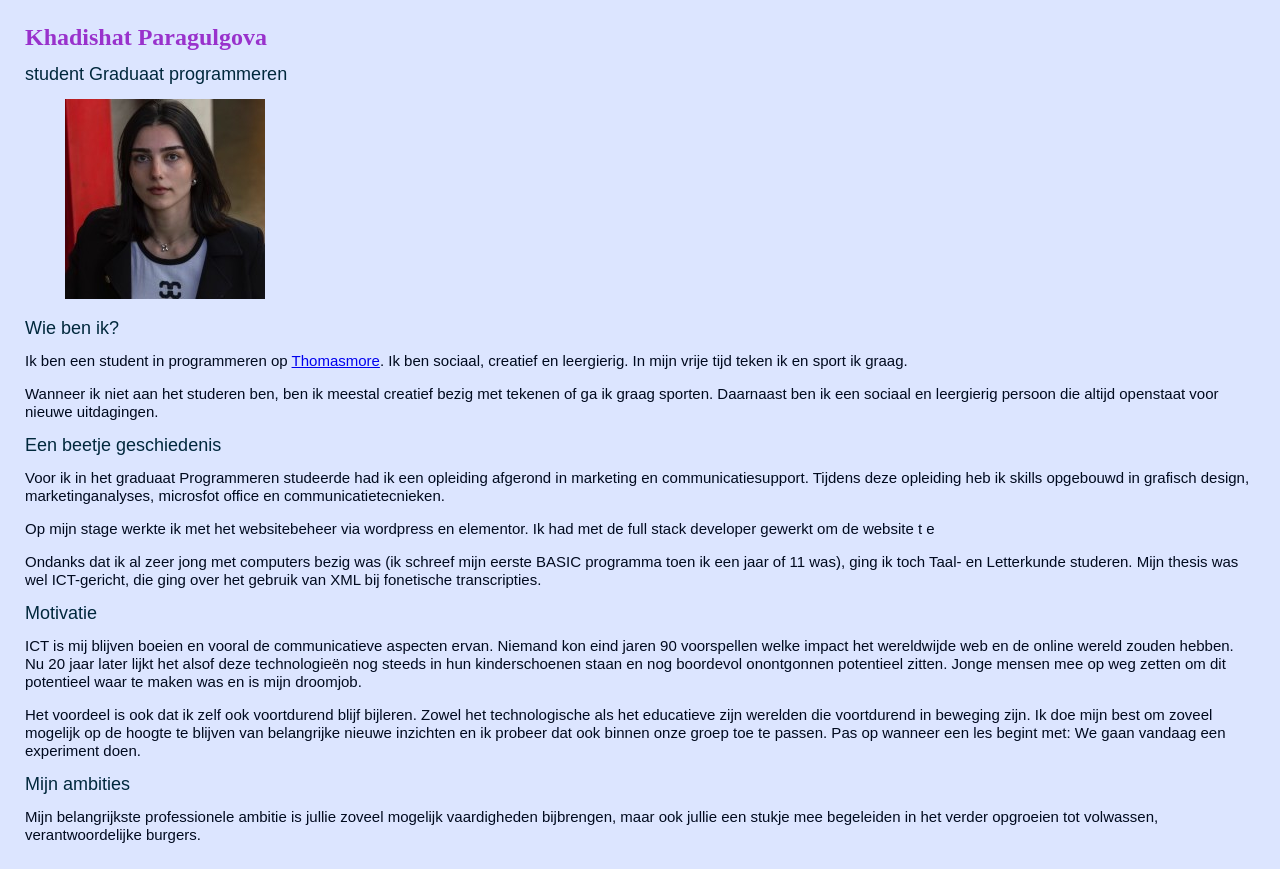
Repository: khadishat00/portfolio
Page: index.html
These files come from the project's save history. The page is drawn as it stood at one moment and after a run of saves; the edit follows.
The browser window is 1280 px wide. The pictures show the whole page.

Above is the page before, as saved 2026-09-24 15:07:30.

### index.html
<!doctype html>
<html lang="en">
  <head>
    <meta charset="UTF-8" />
    <meta name="viewport" content="width=device-width, initial-scale=1.0" />
    <title>portfolio</title>
  </head>
  <style>
    html {
      font-family: Arial, sans-serif;
    }
    body {
      background-color: rgba(160, 184, 255, 0.366);
      margin: 25px;
    }
    h1 {
      font-family: "Gill Sans Extrabold", cursive;
      color: darkorchid;
      font-weight: bold;
      font-size: 24px;
      line-height: 24px;
    }
    h2 {
      font-family: "Century Gothic", Arial, Helvetica, sans-serif;
      color: #00283c;
      font-weight: normal;
      font-size: 18px;
      line-height: 18px;
    }
    p {
      font-family: Arial, sans-serif;
      color: #000a1e;
      font-size: 15px;
      line-height: 18px;
      font-weight: normal;
      padding:;
    }

    figure {
      display: block;
      margin-block-start: 1em;
      margin-block-end: 1em;
      margin-inline-start: 40px;
      margin-inline-end: 40px;
      unicode-bidi: isolate;
    }

    img {
      max-width: 100%;
      border-color: blue;

    }
  </style>

  <body>
    <header>
         <h1>Khadishat Paragulgova</h1>
      <h2>student Graduaat programmeren</h2>
      <figure>
        <img src="profielfoto.jpg" alt="Mijn profielfoto" />
      </figure>
    </header>
    <main>
     <h2>Wie ben ik?</h2>
      <p>
        Ik ben een student in programmeren op
        <a href="https://thomasmore.be/nl">Thomasmore</a>. Ik ben sociaal,
        creatief en leergierig. In mijn vrije tijd teken ik en sport ik graag.
      </p>
      <p>
        Wanneer ik niet aan het studeren ben, ben ik meestal creatief bezig met
        tekenen of ga ik graag sporten. Daarnaast ben ik een sociaal en
        leergierig persoon die altijd openstaat voor nieuwe uitdagingen.
      </p>

      <h2>Een beetje geschiedenis</h2>
      <p>
        Voor ik in het graduaat Programmeren studeerde had ik een opleiding
        afgerond in marketing en communicatiesupport. Tijdens deze opleiding heb
        ik skills opgebouwd in grafisch design, marketinganalyses, microsfot
        office en communicatietecnieken.
      </p>
      <p>
        Op mijn stage werkte ik met het websitebeheer via wordpress en
        elementor. Ik had met de full stack developer gewerkt om de website t e
      </p>
      <p>
        Ondanks dat ik al zeer jong met computers bezig was (ik schreef mijn
        eerste BASIC programma toen ik een jaar of 11 was), ging ik toch Taal-
        en Letterkunde studeren. Mijn thesis was wel ICT-gericht, die ging over
        het gebruik van XML bij fonetische transcripties.
      </p>

      <h2>Motivatie</h2>
      <p>
        ICT is mij blijven boeien en vooral de communicatieve aspecten ervan.
        Niemand kon eind jaren 90 voorspellen welke impact het wereldwijde web
        en de online wereld zouden hebben. Nu 20 jaar later lijkt het alsof deze
        technologieën nog steeds in hun kinderschoenen staan en nog boordevol
        onontgonnen potentieel zitten. Jonge mensen mee op weg zetten om dit
        potentieel waar te maken was en is mijn droomjob.
      </p>
      <p>
        Het voordeel is ook dat ik zelf ook voortdurend blijf bijleren. Zowel
        het technologische als het educatieve zijn werelden die voortdurend in
        beweging zijn. Ik doe mijn best om zoveel mogelijk op de hoogte te
        blijven van belangrijke nieuwe inzichten en ik probeer dat ook binnen
        onze groep toe te passen. Pas op wanneer een les begint met: We gaan
        vandaag een experiment doen.
      </p>

      <h2>Mijn ambities</h2>
      <p>
        Mijn belangrijkste professionele ambitie is jullie zoveel mogelijk
        vaardigheden bijbrengen, maar ook jullie een stukje mee begeleiden in
        het verder opgroeien tot volwassen, verantwoordelijke burgers.
      </p>
    </main>
  </body>
</html>

After the next 3 saves:
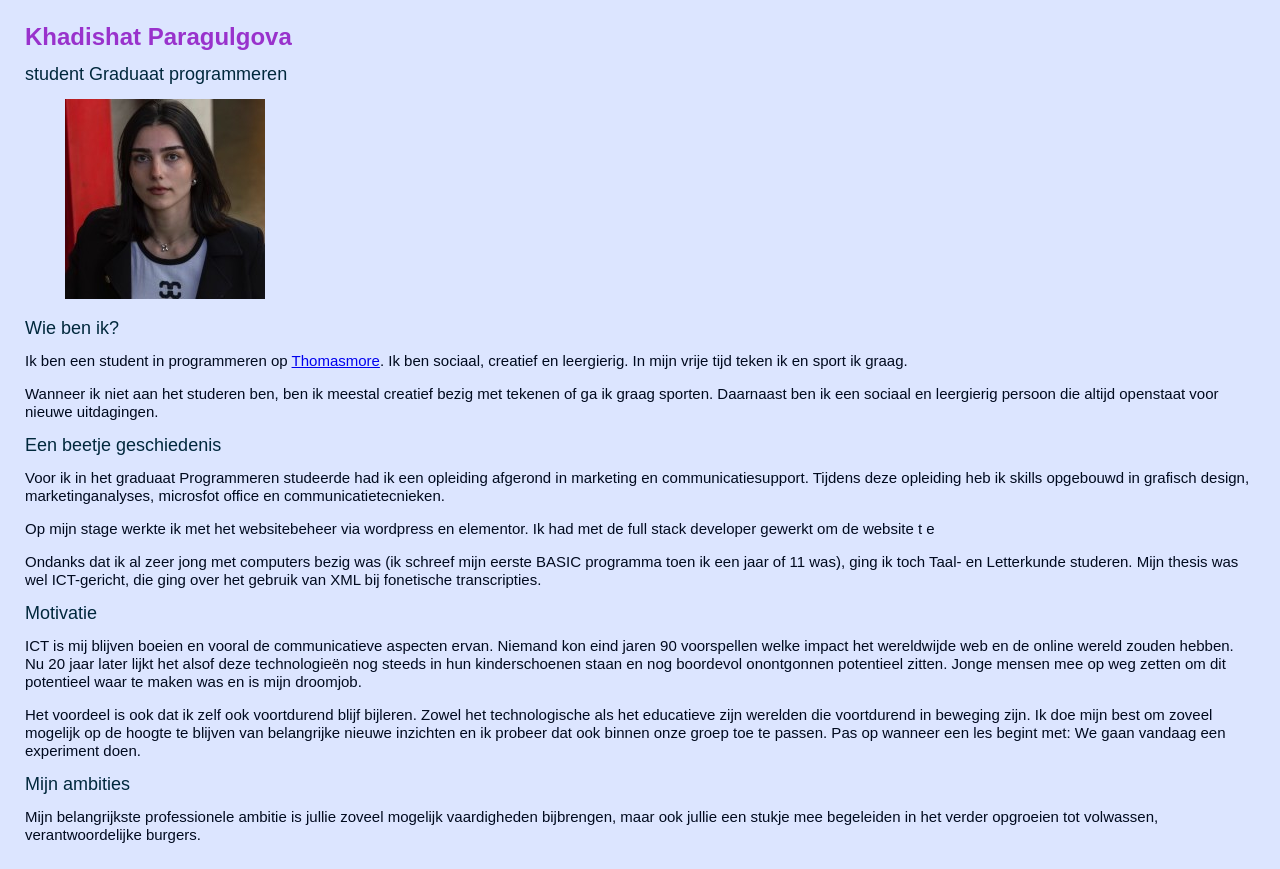
The 3 saves are shown as one change because they came seconds apart.
The last was saved 16 s later.
--- a/index.html
+++ b/index.html
@@ -14,7 +14,7 @@
       margin: 25px;
     }
     h1 {
-      font-family: "Gill Sans Extrabold", cursive;
+      font-family: "Century Gothic", Arial, Helvetica, sans-serif;
       color: darkorchid;
       font-weight: bold;
       font-size: 24px;
